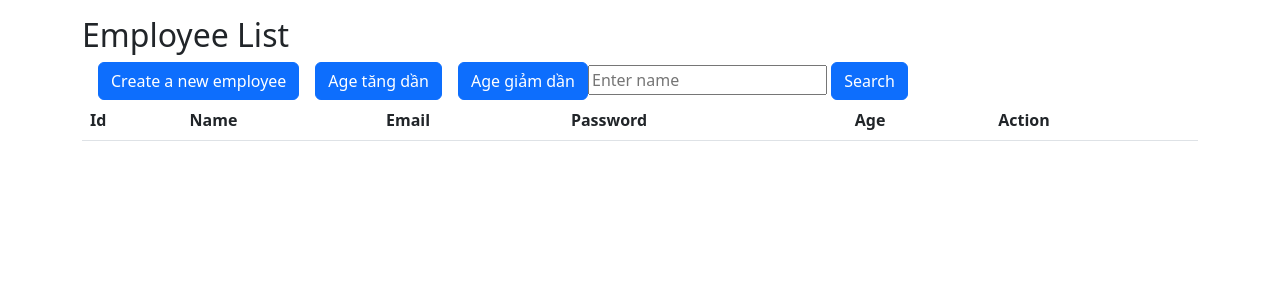
Repository: HoangLinh2001/PHP
Page: http://localhost/list_employee.php
These files come from the project's save history. The page is drawn as it stood at one moment and after the next save; the edit follows.
The browser window is 1280 px wide. The pictures show the whole page.
The page is run by PHP 8.4 with error messages shown; the project is at /var/www/html/. Queries for data that is not in the repository find no rows.

Above is the page before, as saved 2023-06-21 15:27:14.

### DEMOPHPBUOI2/list_employee.php
<!DOCTYPE html>
<html lang="en">

<head>
    <title>Bootstrap Example</title>
    <meta charset="utf-8">
    <meta name="viewport" content="width=device-width, initial-scale=1">
    <link href="https://cdn.jsdelivr.net/npm/bootstrap@5.2.3/dist/css/bootstrap.min.css" rel="stylesheet">
    <script src="https://cdn.jsdelivr.net/npm/bootstrap@5.2.3/dist/js/bootstrap.bundle.min.js"></script>
    <style>
        .create-filter-employee{
            display: flex;
        }
        .create-filter-employee a{
            margin-left: 1rem;
        }

        .create-filter-employee search-form{
            margin-left: 1rem;
        }
    </style>
</head>

<body>
    <?php
    require_once('connectdb.php');
    $sql = "SELECT * FROM emptb";
    $result = $con -> query($sql);
    ?>
    <div class="container mt-3">
        <h2>Employee List</h2>
    <div class="create-filter-employee">
        <a class="btn btn-primary" href="create_employee.php">Create a new employee</a>
        <a class="btn btn-primary" href="age_asc.php">Age tăng dần</a>
        <a class="btn btn-primary" href="age_desc.php">Age giảm dần</a>
        <form action="search_name.php" method="GET" class="search-form">
            <input type="text" name="search_name" placeholder="Enter name" />
            <button type="submit" class="btn btn-primary">Search</button>
        </form>
    </div>
        <table class="table">
            <thead>
                <tr>
                    <th>Id</th>
                    <th>Name</th>
                    <th>Email</th>
                    <th>Password</th>
                    <th>Age</th>
                    <th>Action</th>
                </tr>
            </thead>
            <tbody>
                <?php
        if($result -> num_rows > 0){
          foreach ($result as $item) {?>
                <tr>
                    <td><?php echo $item['id'] ?></td>
                    <td><?php echo $item['name'] ?></td>
                    <td><?php echo $item['email'] ?></td>
                    <td><?php echo $item['password'] ?></td>
                    <td><?php echo $item['age'] ?></td>
                    <td>
                        <a class="btn btn-danger" href="delete_employee.php?id=<?php echo $item['id']?>">Delete</a>
                        <a class="btn btn-primary" href="update_employee.php?id=<?php echo $item['id']?>">update</a>
                    </td>
                </tr>
                <?php }; ?>
                <?php }; ?>


            </tbody>
        </table>
    </div>

</body>

</html>

### DEMOPHPBUOI2/connectdb.php
<?php
    $serverName = "localhost";
    $username = "root";
    $password = "";
    $dbname = "emdatabase";
    //create connection
    $con = new mysqli($serverName,$username,$password,$dbname);
    //check connection
    // if ($con -> connect_error) {
    //     die("connection failed: ".$con->connect_error);
    // }
    // echo "connect successfully !";
?>

After the next save:
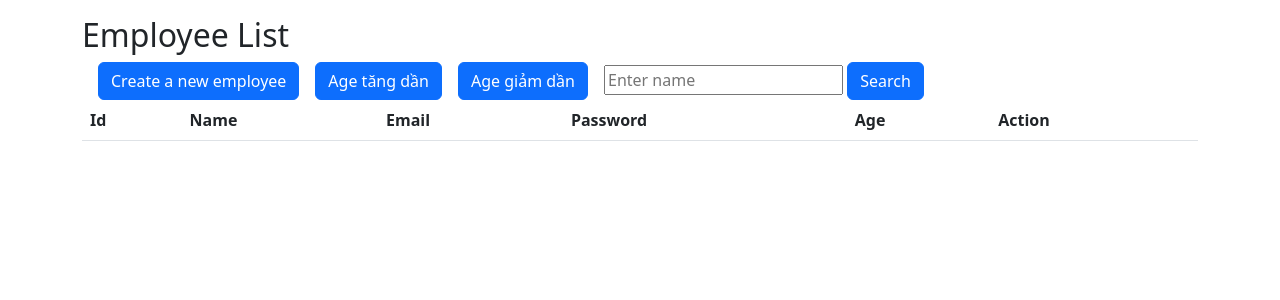
Saved 7 s later.
--- a/DEMOPHPBUOI2/list_employee.php
+++ b/DEMOPHPBUOI2/list_employee.php
@@ -15,7 +15,7 @@
             margin-left: 1rem;
         }
 
-        .create-filter-employee search-form{
+        .create-filter-employee .search-form{
             margin-left: 1rem;
         }
     </style>
